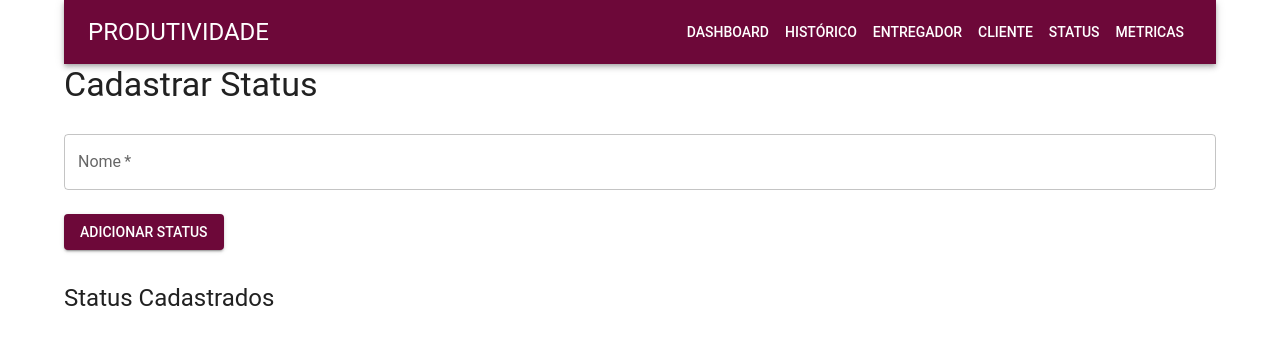
Repository: feliperanon/mobilegestao
Page: /add-status (app in frontend/)
The author's editor kept a copy of each file at every save. The page is drawn from the files as they stood at one save, then again after the next save.
The browser window is 1280 px wide. The pictures show the whole page.
The page's requests for data from a server got no answer. The project was rebuilt for these pictures with package versions that can differ from the ones it lists, and the page was loaded fresh each time. No one was signed in, and anything a server would have sent is missing. Also part of the build but not shown: frontend/webpack.config.js, frontend/src/pages/Home.js, frontend/src/pages/History.js, frontend/src/pages/Analysis.js, frontend/src/components/Dashboard.js, frontend/src/components/Login.js, frontend/src/components/Register.js, frontend/src/components/AddEntregador.js and 2 more.

Above is the page before, as saved 2024-07-20 21:24:03.

### frontend/public/index.html
<!-- frontend/public/index.html -->

<!DOCTYPE html>
<html lang="en">
<head>
    <meta charset="UTF-8">
    <meta name="viewport" content="width=device-width, initial-scale=1.0">
    <title>Mobile Gestão</title>
</head>
<body>
    <div id="root"></div>
</body>
</html>

### frontend/src/index.js
import React from 'react';
import { createRoot } from 'react-dom/client';
import { BrowserRouter as Router, Route, Routes } from 'react-router-dom';
import { ThemeProvider } from '@mui/material/styles';
import CssBaseline from '@mui/material/CssBaseline';
import theme from './theme';
import Home from './pages/Home';
import History from './pages/History';
import Analysis from './pages/Analysis';
import Dashboard from './components/Dashboard';
import Login from './components/Login';
import Register from './components/Register';
import AddEntregador from './components/AddEntregador';
import AddCliente from './components/AddCliente';
import AddStatus from './components/AddStatus';
import Metrics from './components/Metrics';

const container = document.getElementById('root');
const root = createRoot(container);

root.render(
  <ThemeProvider theme={theme}>
    <CssBaseline />
    <Router>
      <Routes>
        <Route path="/" element={<Home />} />
        <Route path="/login" element={<Login />} />
        <Route path="/register" element={<Register />} />
        <Route path="/dashboard" element={<Dashboard />} />
        <Route path="/history" element={<History />} />
        <Route path="/analysis" element={<Analysis />} />
        <Route path="/metrics" element={<Metrics />} />
        <Route path="/add-entregador" element={<AddEntregador />} />
        <Route path="/add-cliente" element={<AddCliente />} />
        <Route path="/add-status" element={<AddStatus />} />
      </Routes>
    </Router>
  </ThemeProvider>
);

### frontend/src/theme.js
import { createTheme } from '@mui/material/styles';

const theme = createTheme({
  palette: {
    primary: {
      main: '#6d0839',
    },
    secondary: {
      main: '#750e49',
    },
  },
  typography: {
    fontFamily: 'Roboto, Arial, sans-serif',
  },
});

export default theme;

### frontend/src/components/AddStatus.js
// frontend/src/components/AddStatus.js

import React, { useState, useEffect } from 'react';
import axios from 'axios';
import { Container, Typography, TextField, Button, Box, List, ListItem, ListItemText, IconButton } from '@mui/material';
import Navigation from './Navigation';
import EditIcon from '@mui/icons-material/Edit';
import DeleteIcon from '@mui/icons-material/Delete';
import DeactivateIcon from '@mui/icons-material/Block';

const AddStatus = () => {
  const [nome, setNome] = useState('');
  const [statusList, setStatusList] = useState([]);
  const [message, setMessage] = useState('');
  const [editMode, setEditMode] = useState(false);
  const [editId, setEditId] = useState(null);

  useEffect(() => {
    const fetchStatus = async () => {
      try {
        const response = await axios.get('http://localhost:5008/api/lists/status');
        setStatusList(response.data);
      } catch (err) {
        console.error('Erro ao buscar status', err);
      }
    };

    fetchStatus();
  }, []);

  const handleSubmit = async (e) => {
    e.preventDefault();
    try {
      if (editMode) {
        await axios.put(`http://localhost:5008/api/lists/status/${editId}`, { nome });
        setMessage('Status atualizado com sucesso!');
      } else {
        const response = await axios.post('http://localhost:5008/api/lists/status', { nome });
        setStatusList([...statusList, response.data]);
        setMessage('Status cadastrado com sucesso!');
      }
      setNome('');
      setEditMode(false);
      setEditId(null);
    } catch (err) {
      setMessage('Erro ao adicionar/atualizar status. Tente novamente.');
      console.error('Erro ao adicionar/atualizar status', err);
    }
  };

  const handleEdit = (id, nome) => {
    setEditMode(true);
    setEditId(id);
    setNome(nome);
  };

  const handleDelete = async (id) => {
    try {
      await axios.delete(`http://localhost:5008/api/lists/status/${id}`);
      setStatusList(statusList.filter(status => status._id !== id));
      setMessage('Status excluído com sucesso!');
    } catch (err) {
      setMessage('Erro ao excluir status. Tente novamente.');
      console.error('Erro ao excluir status', err);
    }
  };

  const handleDeactivate = async (id) => {
    try {
      await axios.patch(`http://localhost:5008/api/lists/status/${id}/deactivate`);
      setStatusList(statusList.map(status => status._id === id ? { ...status, ativo: false } : status));
      setMessage('Status desativado com sucesso!');
    } catch (err) {
      setMessage('Erro ao desativar status. Tente novamente.');
      console.error('Erro ao desativar status', err);
    }
  };

  return (
    <Container>
      <Navigation />
      <Typography variant="h4" component="h1" gutterBottom>
        Cadastrar Status
      </Typography>
      <Box component="form" onSubmit={handleSubmit} sx={{ mb: 4 }}>
        <TextField
          label="Nome"
          value={nome}
          onChange={(e) => setNome(e.target.value)}
          fullWidth
          required
          margin="normal"
        />
        <Button type="submit" variant="contained" color="primary" sx={{ mt: 2 }}>
          {editMode ? 'Atualizar Status' : 'Adicionar Status'}
        </Button>
        {message && <Typography variant="body2" color="textSecondary">{message}</Typography>}
      </Box>
      <Typography variant="h5" component="h2" gutterBottom>
        Status Cadastrados
      </Typography>
      <List>
        {statusList.map((status) => (
          <ListItem key={status._id}>
            <ListItemText primary={status.nome} />
            <IconButton onClick={() => handleEdit(status._id, status.nome)}>
              <EditIcon />
            </IconButton>
            <IconButton onClick={() => handleDeactivate(status._id)}>
              <DeactivateIcon />
            </IconButton>
            <IconButton onClick={() => handleDelete(status._id)}>
              <DeleteIcon />
            </IconButton>
          </ListItem>
        ))}
      </List>
    </Container>
  );
};

export default AddStatus;

### frontend/src/components/Navigation.js
import React from 'react';
import { Link } from 'react-router-dom';
import { AppBar, Toolbar, Typography, Button } from '@mui/material';

const Navigation = () => {
  return (
    <AppBar position="static">
      <Toolbar>
        <Typography variant="h5" sx={{ flexGrow: 1 }}>
          PRODUTIVIDADE
        </Typography>
        <Button color="inherit" component={Link} to="/dashboard">Dashboard</Button>
        <Button color="inherit" component={Link} to="/history">Histórico</Button>
        <Button color="inherit" component={Link} to="/add-entregador">Entregador</Button>
        <Button color="inherit" component={Link} to="/add-cliente">Cliente</Button>
        <Button color="inherit" component={Link} to="/add-status">Status</Button>
        <Button color="inherit" component={Link} to="/metrics">Metricas</Button>
      </Toolbar>
    </AppBar>
  );
};

export default Navigation;

After the next save:
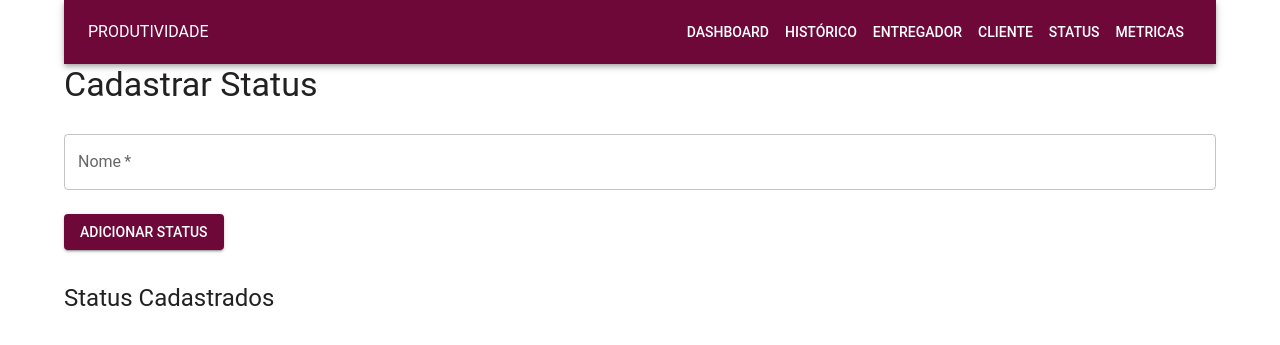
Saved 5 s later.
--- a/frontend/src/components/Navigation.js
+++ b/frontend/src/components/Navigation.js
@@ -6,7 +6,7 @@ const Navigation = () => {
   return (
     <AppBar position="static">
       <Toolbar>
-        <Typography variant="h5" sx={{ flexGrow: 1 }}>
+        <Typography variant="h8" sx={{ flexGrow: 1 }}>
           PRODUTIVIDADE
         </Typography>
         <Button color="inherit" component={Link} to="/dashboard">Dashboard</Button>
